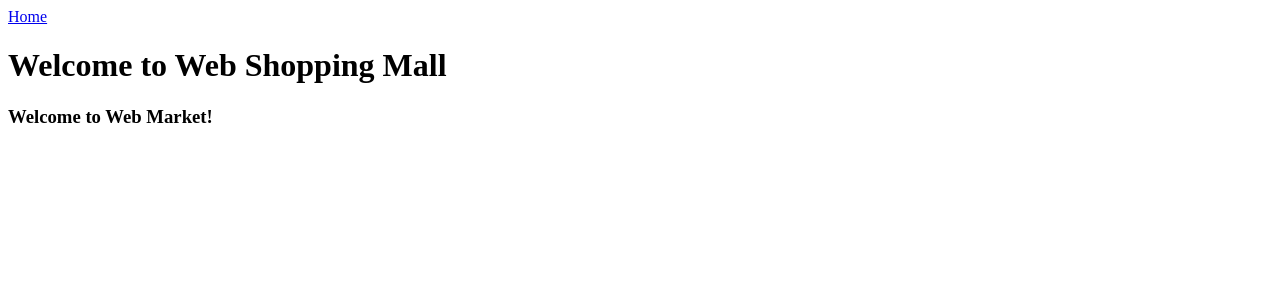
Repository: MegiLove/jspStudy
Page: http://localhost/day1210/welcome.jsp
An editor plug-in stored every save of this project. The page is shown before and after the next save, followed by the edit.
The browser window is 1280 px wide. The pictures show the whole page.
The page is served by Tomcat 9.

Above is the page before, as saved 2021-12-10 07:30:52.

After the next save:
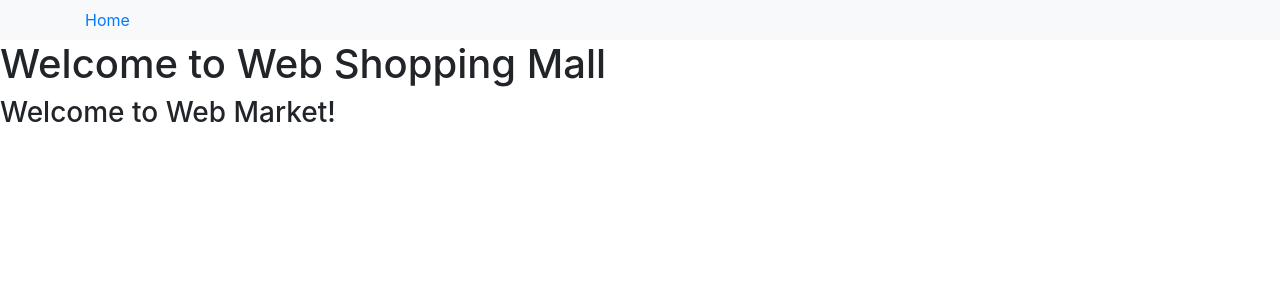
Saved 2 min 58 s later.
--- a/day1210/src/main/webapp/welcome.jsp
+++ b/day1210/src/main/webapp/welcome.jsp
@@ -5,9 +5,14 @@
 <head>
 <meta charset="EUC-KR">
 <title>Insert title here</title>
+<meta name="viewport" content="width=device-width, initial-scale=1">
+  <link rel="stylesheet" href="https://maxcdn.bootstrapcdn.com/bootstrap/4.5.2/css/bootstrap.min.css">
+  <script src="https://ajax.googleapis.com/ajax/libs/jquery/3.5.1/jquery.min.js"></script>
+  <script src="https://cdnjs.cloudflare.com/ajax/libs/popper.js/1.16.0/umd/popper.min.js"></script>
+  <script src="https://maxcdn.bootstrapcdn.com/bootstrap/4.5.2/js/bootstrap.min.js"></script>
 </head>
 <body>
-<nav class="">
+<nav class="navbar navbar-expand-sm bg-light navbar-light">
 	<div class="container">
 		<div>
 			<a href="./welcome.jsp">Home</a>
